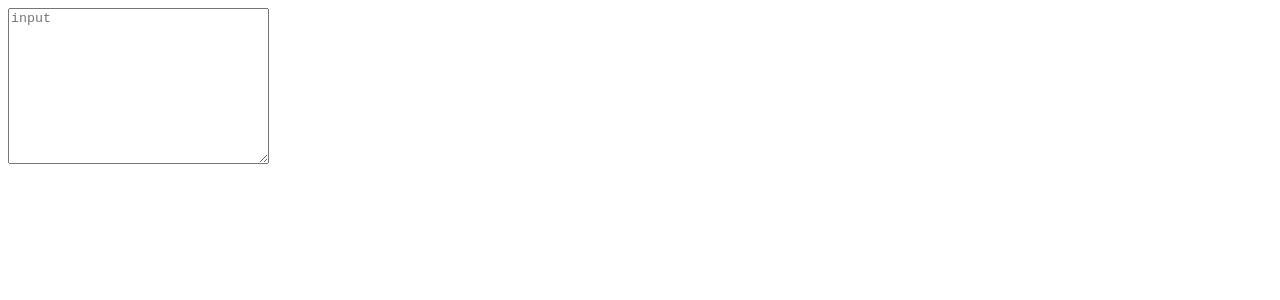
Repository: krossing95/facial_analyzer
Page: decode.html
These files come from the project's save history. The page is drawn as it stood at one moment and after the next save; the edit follows.
The browser window is 1280 px wide. The pictures show the whole page.

Above is the page before, as saved 2022-12-01 19:58:42.
Console error (its wording comes from the project's code and is left out).

### decode.html
<!DOCTYPE html>
<html lang="en">

<head>
    <meta charset="UTF-8">
    <meta http-equiv="X-UA-Compatible" content="IE=edge">
    <meta name="viewport" content="width=device-width, initial-scale=1.0">
    <title>Document</title>
</head>

<body>
    <textarea cols="30" rows="10" placeholder="input "></textarea>
    <script>
        window.onload = () => {
            const decoder = (base64string) => {
                return (
                    decodeURIComponent(atob(base64string).split("").map((c) => {
                        return `%00${c.charCodeAt(0).toString(16).slice(-2)}`
                    }).join(""))
                )
            }

            const base64string = document.getElementsByTagName('textarea').value

            console.log(decoder(base64string));
        }
    </script>
</body>

</html>

After the next save:
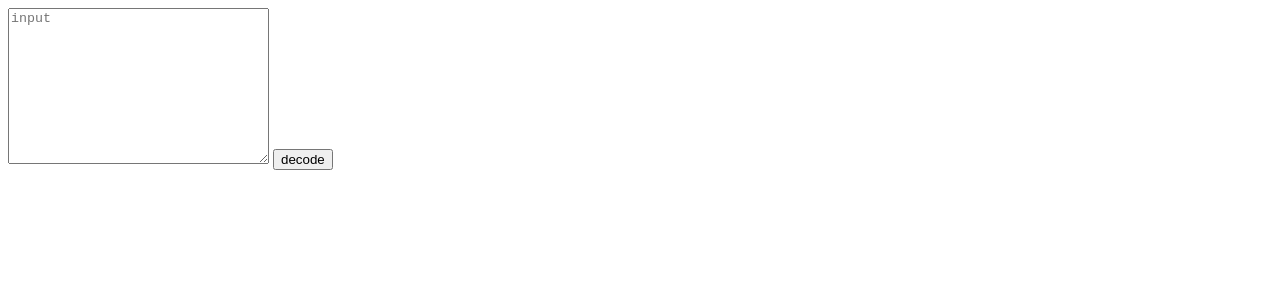
The error is gone.
Saved 118 s later.
--- a/decode.html
+++ b/decode.html
@@ -10,18 +10,18 @@
 
 <body>
     <textarea cols="30" rows="10" placeholder="input "></textarea>
+    <button onclick="decode()">decode</button>
     <script>
-        window.onload = () => {
-            const decoder = (base64string) => {
-                return (
-                    decodeURIComponent(atob(base64string).split("").map((c) => {
-                        return `%00${c.charCodeAt(0).toString(16).slice(-2)}`
-                    }).join(""))
-                )
-            }
+        const decoder = (base64string) => {
+            return (
+                decodeURIComponent(atob(base64string).split("").map((c) => {
+                    return `%00${c.charCodeAt(0).toString(16).slice(-2)}`
+                }).join(""))
+            )
+        }
 
+        const decode = () => {
             const base64string = document.getElementsByTagName('textarea').value
-
             console.log(decoder(base64string));
         }
     </script>
